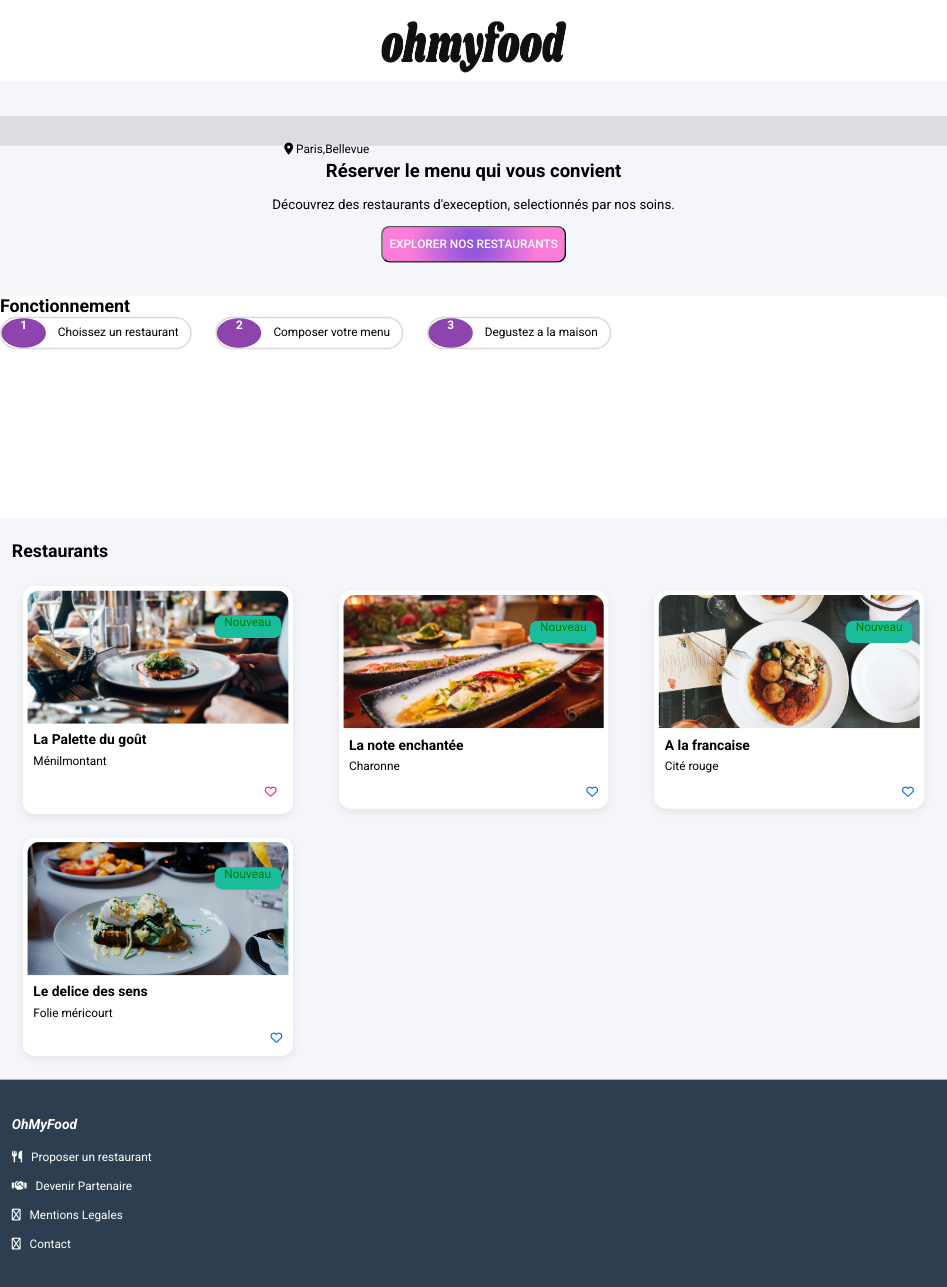
Repository: ultraasedev/ohmyfood
Page: index.html
An editor plug-in stored every save of this project. The page is shown before and after the next save, followed by the edit.
The browser window is 1280 px wide. The pictures show the whole page, at 74% of full size.
Some web fonts or font styles are not loaded; a fallback is used. Some web libraries are served in a nearby version.

Above is the page before, as saved 2022-10-27 18:47:46.

After the next save:
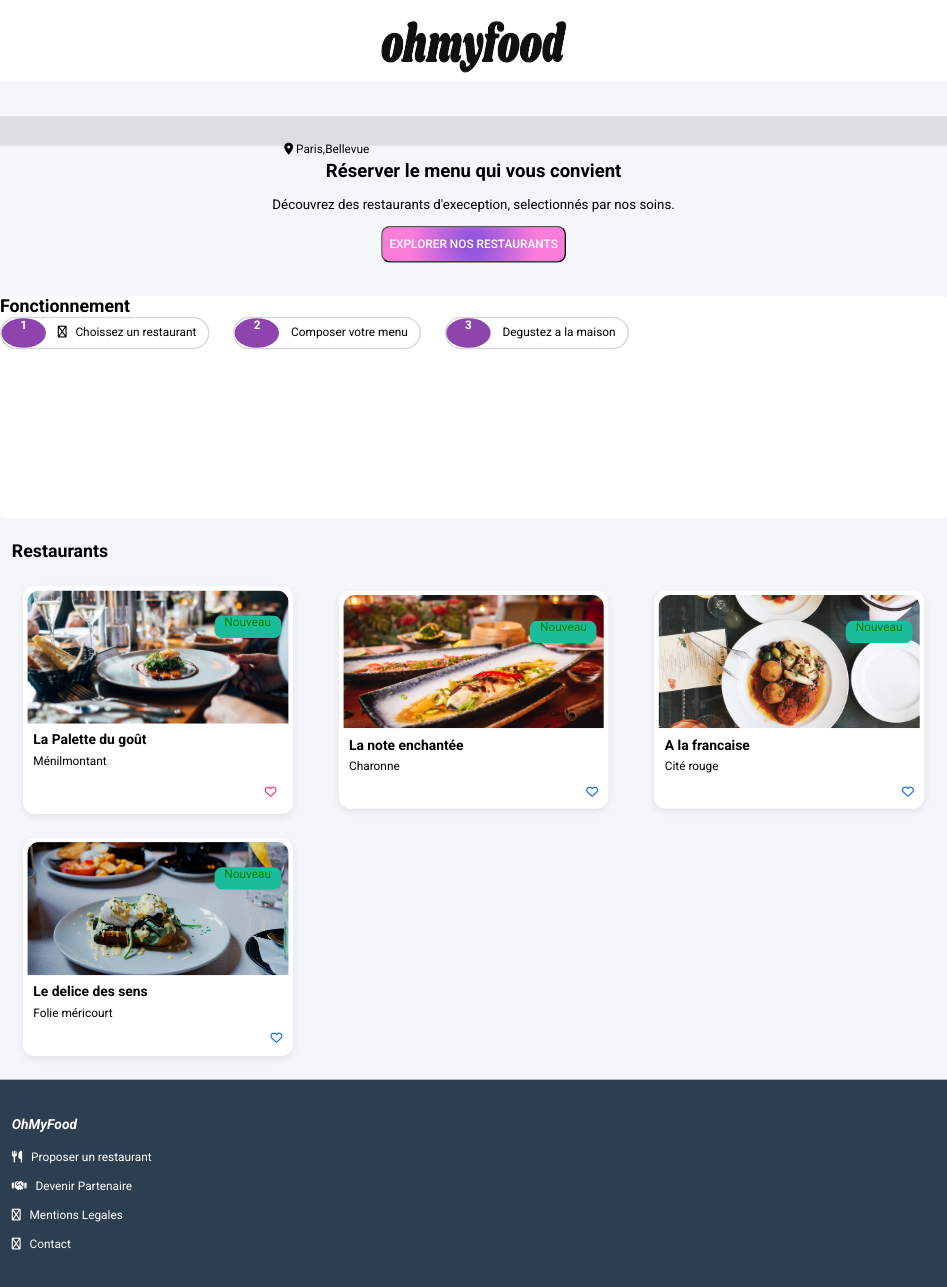
Saved 44 s later.
--- a/index.html
+++ b/index.html
@@ -66,7 +66,7 @@
 
     <div class="filtres">
       <div class="circle-inf">1</div>
-      <p>Choissez un restaurant</p>
+      <p><i class="fa-regular fa-phone"></i>&nbsp;&nbsp;&nbsp;Choissez un restaurant</p>
     </div>
 
     <div class="filtres">
